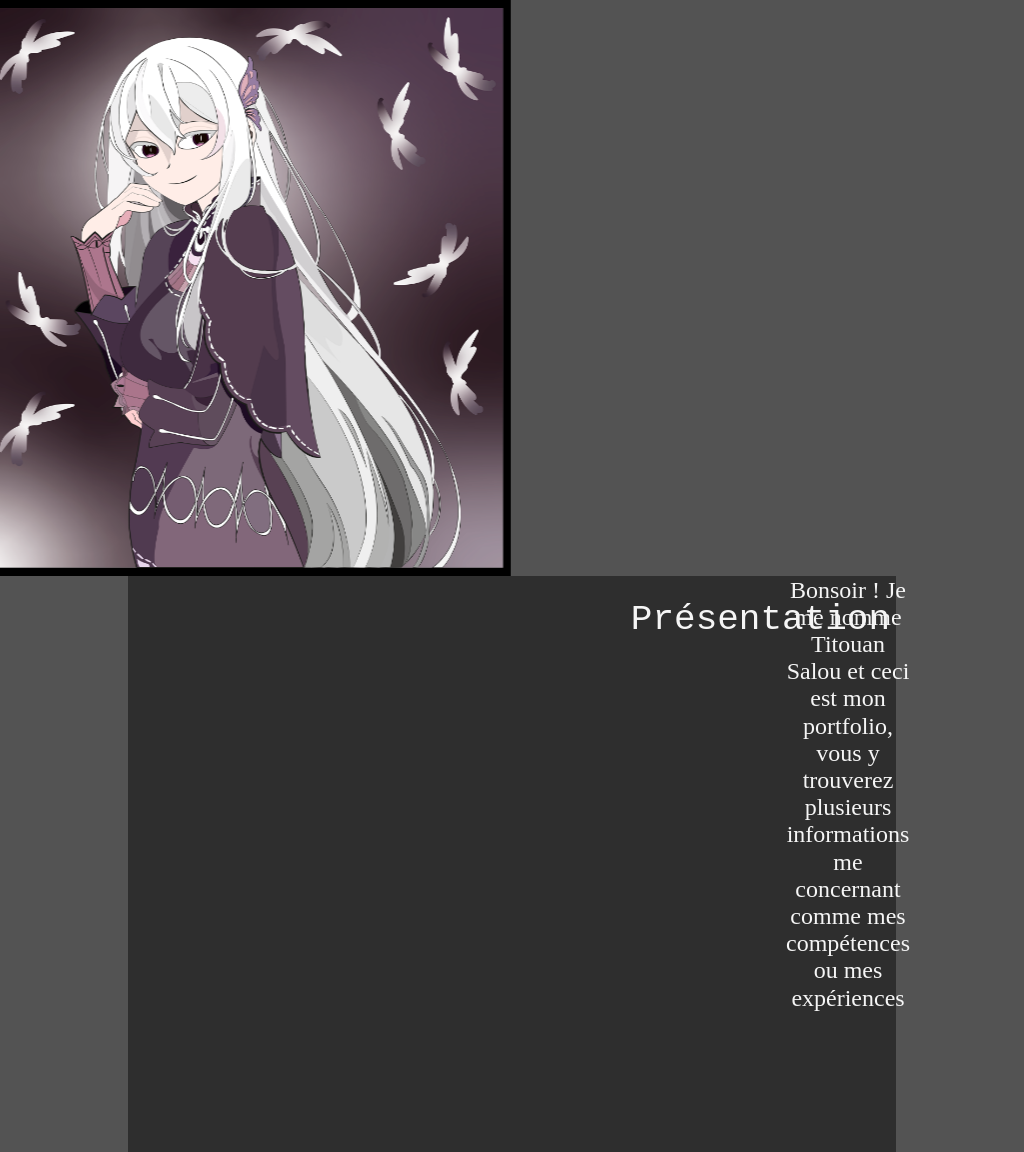
Repository: Mini-T/portfolio
Page: cv.html
An editor plug-in stored every save of this project. The page is shown before and after the next save, followed by the edit.
The browser window is 1280 px wide. The pictures show the whole page, at 80% of full size.
After loading, the first visible `#btnpresentation` was clicked once.

Above is the page before, as saved 2021-10-06 00:15:52.

After the next save:
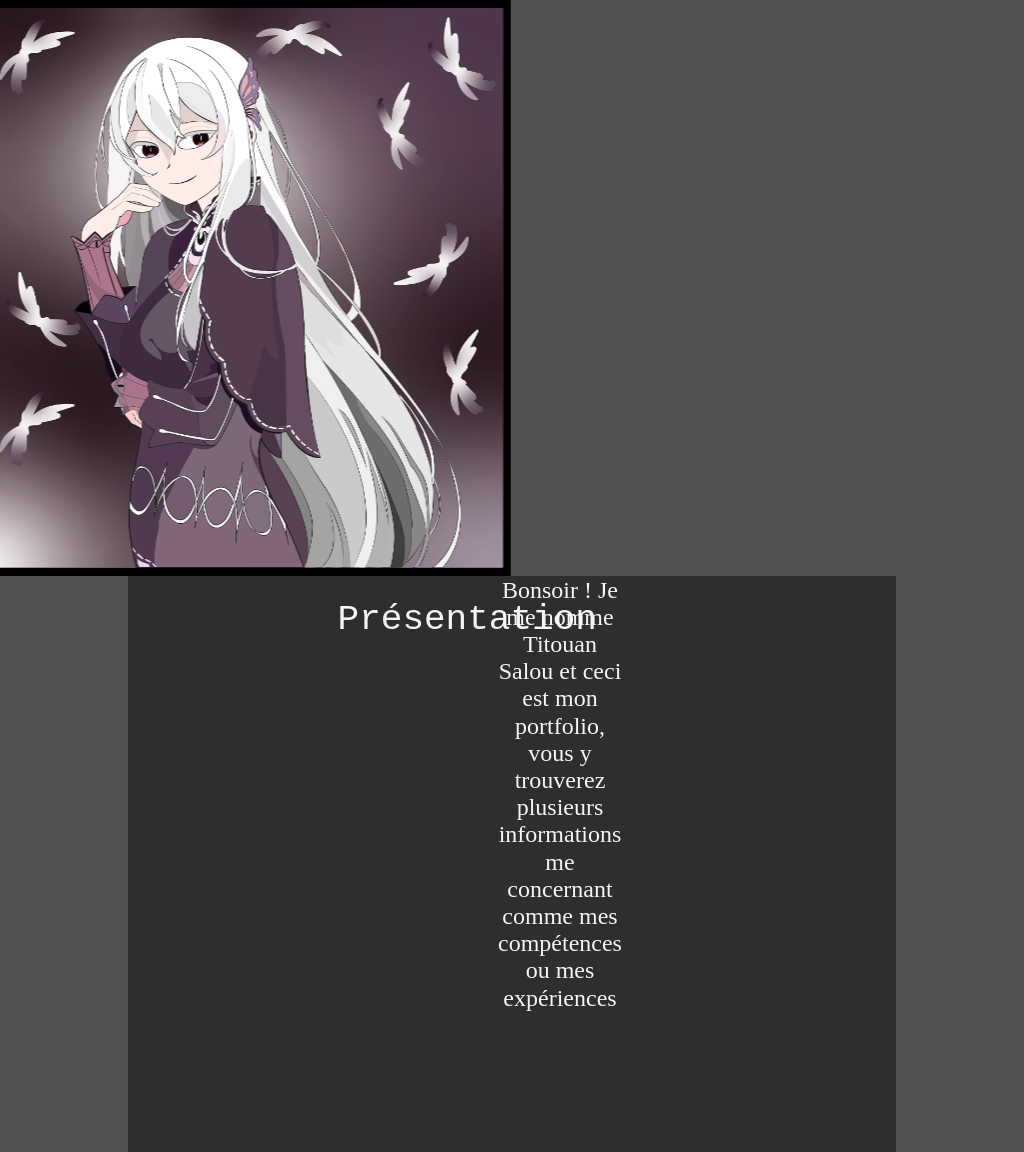
Saved 23 s later.
--- a/cv.css
+++ b/cv.css
@@ -166,7 +166,7 @@
 }
 .zoom {
   transition: all 0.3s ease-in;
-  margin-left: 50VW;
+  margin-left: 20VW;
   position: relative;
   justify-self: center;
   bottom: 40%;
